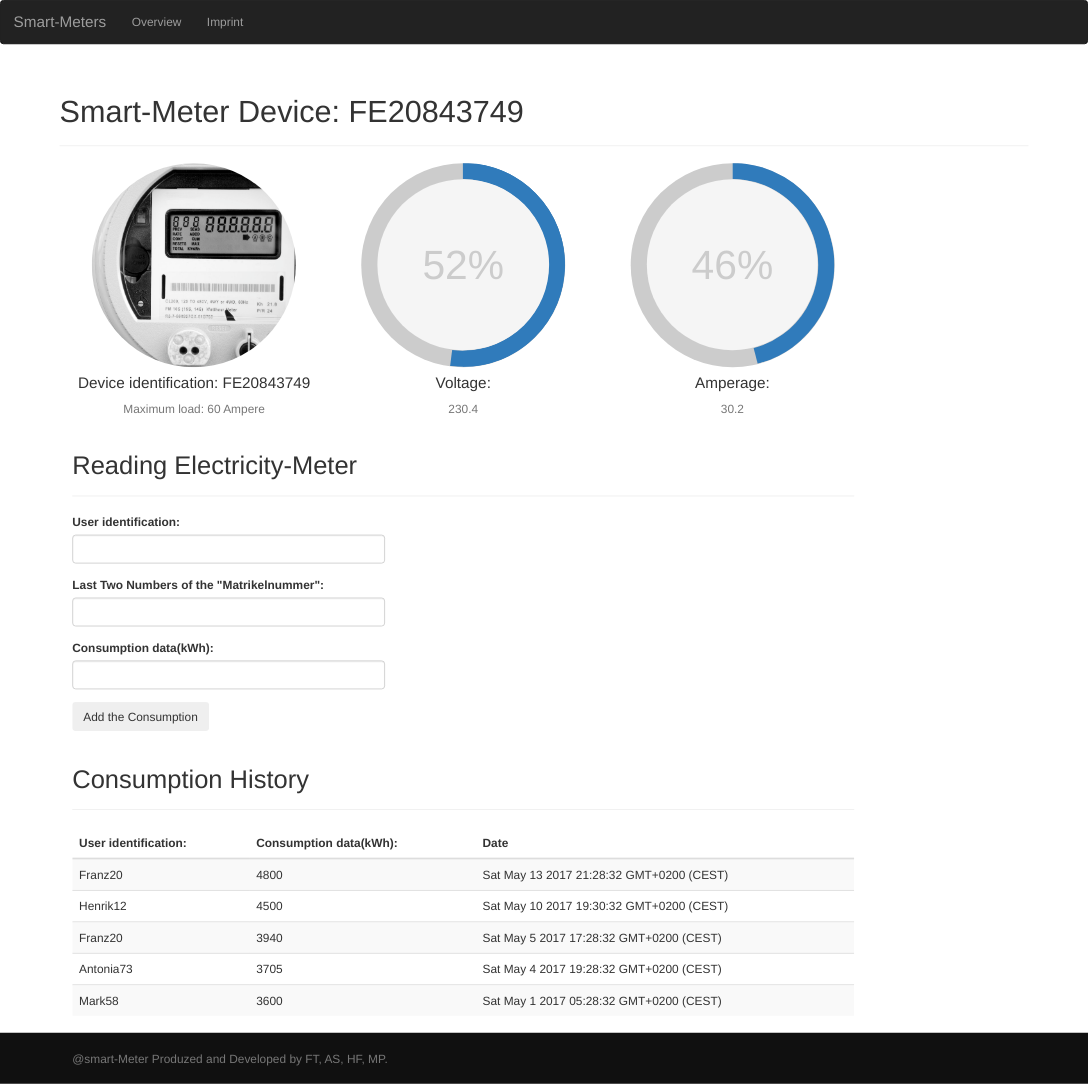
Repository: FredTacker/AwsSys_Assigment_02
Page: http://localhost/SmartMeterManagementWeb/content/pages/smart-meter.jsp
An editor plug-in stored every save of this project. The page is shown before and after the next save, followed by the edit.
The browser window is 1280 px wide. The pictures show the whole page, at 85% of full size.
The page is served by Tomcat 9. Nobody is signed in. The application's start-up code is not run. Other server files are loaded and not shown.

Above is the page before, as saved 2017-06-11 00:12:33.

### SmartMeterManagementWeb/WebContent/content/pages/smart-meter.jsp
<!DOCTYPE html>
<html lang="de">
    <head>
        <meta charset="utf-8">
        <meta http-equiv="X-UA-Compatible" content="IE=edge">
        <meta name="viewport" content="width=device-width, initial-scale=1">
        <title>smart-Meters</title>
        <!-- Bootstrap -->
        <link rel="stylesheet" href="../bootstrap/css/bootstrap.min.css">
        <!-- circle Bootstrap library -->
        <link rel="stylesheet" href="../css/circle.css">
        <!-- custom Bootstrap footer -->
        <link rel="stylesheet" href="../css/footer.css">
    </head>
    <script>

    </script>
    <body onload="javascript:fillValuesIntoHTML();">

        <nav class="navbar navbar-inverse">
            <div class="container-fluid">
                <div class="navbar-header">
                    <button type="button" class="navbar-toggle collapsed" data-toggle="collapse" data-target="#bs-example-navbar-collapse-1" aria-expanded="false">
                        <span class="sr-only">Toggle navigation</span>
                        <span class="icon-bar"></span>
                        <span class="icon-bar"></span>
                        <span class="icon-bar"></span>
                    </button>
                    <a class="navbar-brand" href="../index.html">Smart-Meters</a>
                </div>

                <div class="collapse navbar-collapse" id="bs-example-navbar-collapse-1">
                    <ul class="nav navbar-nav">
                        <li><a href="../index.html">Overview</a></li>
                        <li><a href="../content/imprint.html">Imprint</a></li>
                    </ul>


                </div>
            </div>
        </nav>


        <div class="container">
            <div class="page-header"><h1>Smart-Meter Device: FE20843749</h1></div>
            <main class="col-sm-9 offset-md-3 col-md-10 offset-md-2 pt-3">
                <section class="row text-center placeholders">
                    <div class="col-sm-4">
                        <div><img style="border-radius: 50%;width: 240px;height: 240px;"src="../media/smartmeter.png" alt="smart-Meter Avatar"/></div>
                        <h4>Device identification: FE20843749</h4>
                        <div class="text-muted" id="maximumLoad">Maximum load: 60 Ampere</div>
                    </div>
                    <div class="col-sm-4">
                        <div name="circle1" style="display: table;margin: 0 auto;">
                            <div class="c100 p23 big" style="display: table;margin: 0 auto;" id="voltageCircle">
                                <span id="voltageCirclePercent">23%</span>
                                <div class="slice">
                                    <div class="bar"></div>
                                    <div class="fill"></div>
                                </div>
                            </div>
                        </div>
                        <h4>Voltage:</h4>
                        <div class="text-muted" id="voltageValue"></div>
                    </div>
                    <div class="col-sm-4">
                        <div name="circle2" style="display: table;margin: 0 auto;">
                            <div class="c100 p23 big" style="display: table;margin: 0 auto;" id="amperageCircle">
                                <span id="amperageCirclePercent">23%</span>
                                <div class="slice">
                                    <div class="bar"></div>
                                    <div class="fill"></div>
                                </div>
                            </div>
                        </div>
                        <h4>Amperage:</h4>
                        <div class="text-muted" id="amperageValue"></div>
                    </div>
                </section>
                <div id="insertWarning"></div>
                <div class="page-header"> <h2>Reading Electricity-Meter</h2></div>
                <div class="form-group">
                    <label for="usr">User identification:</label>
                    <input type="text" style="width: 40%;" class="form-control" id="usr">
                </div>
                <div class="form-group">
                    <label for="matr">Last Two Numbers of the "Matrikelnummer":</label>
                    <input type="text" style="width: 40%;" class="form-control" id="matr">
                </div>
                <div class="form-group">
                    <label for="kWh">Consumption data(kWh):</label>
                    <input type="text" style="width: 40%;" class="form-control" id="kWh">
                </div>
                                <div class="form-group">
                        <button type="button" onclick="javascript:newValueIntoTable();" class="btn btn-secondary">Add the Consumption</button>
                </div>

                <div class="page-header"> <h2>Consumption History</h2></div>
                <div class="table-responsive">
                    <table id="tableData" class="table table-striped">
                        <thead>
                            <tr>
                                <th>User identification:</th>
                                <th>Consumption data(kWh):</th>
                                <th>Date</th>
                            </tr>
                        </thead>
                        <tbody>
                            <tr>
                                <td>Franz20</td>
                                <td>4800</td>
                                <td>Sat May 13 2017 21:28:32 GMT+0200 (CEST)</td>
                            </tr>
                            <tr>
                                <td>Henrik12</td>
                                <td>4500</td>
                                <td>Sat May 10 2017 19:30:32 GMT+0200 (CEST)</td>
                            </tr>
                            <tr>
                                <td>Franz20</td>
                                <td>3940</td>
                                <td>Sat May 5 2017 17:28:32 GMT+0200 (CEST)</td>
                            </tr>
                            <tr>
                                <td>Antonia73</td>
                                <td>3705</td>
                                <td>Sat May 4 2017 19:28:32 GMT+0200 (CEST)</td>
                            </tr>
                            <tr>
                                <td>Mark58</td>
                                <td>3600</td>
                                <td>Sat May 1 2017 05:28:32 GMT+0200 (CEST)</td>
                            </tr>
                        </tbody>
                    </table>
                </div>
            </main>
        </div>



        <footer class="footer">
            <div class="container">
                <div class="container_footer">
                    <p class="text-muted_footer">@smart-Meter Produzed and Developed by FT, AS, HF, MP.</p>
                </div>
            </div>
        </footer>

		<%@ include file="./../includes/script.jsp" %>

    </body>
</html>

### SmartMeterManagementWeb/WebContent/content/includes/script.jsp
    <script src="./../../js/script.js"></script>
    <script src="./../../bootstrap/js/jquery.min.js"></script>
    <script src="./../../bootstrap/js/bootstrap.min.js"></script>

### SmartMeterManagementWeb/WebContent/css/footer.css
/*!
 * Bootstrap footer

*/


html {
  position: relative;
  min-height: 100%;
}
body {
  /* Margin bottom by footer height */
  margin-bottom: 60px;
}
.footer {
  position: absolute;
  bottom: 0;
  width: 100%;
  /* Set the fixed height of the footer here */
  height: 60px;
  background-color: #101010;
}

.container_footer {
  width: auto;
  max-width: 1000px;
  padding: 0 15px;
}
.text-muted_footer {
  margin: 20px 0;
  color: #777;
}

### SmartMeterManagementWeb/WebContent/content/includes/footer.jsp
        <footer class="footer">
            <div class="container">
                <div class="container_footer">
                    <p class="text-muted_footer">@smart-Meter Produzed and Developed by
                    FT, AS, HF, MP.</p>
                </div>
            </div>
        </footer>

Loaded but not shown: SmartMeterManagementWeb/WebContent/bootstrap/js/jquery.min.js (library); SmartMeterManagementWeb/WebContent/bootstrap/js/bootstrap.min.js (library); SmartMeterManagementWeb/WebContent/bootstrap/css/bootstrap.min.css (library); SmartMeterManagementWeb/WebContent/js/script.js (84 lines, source omitted); SmartMeterManagementWeb/WebContent/css/circle.css (1065 lines, source omitted)

After the next save:
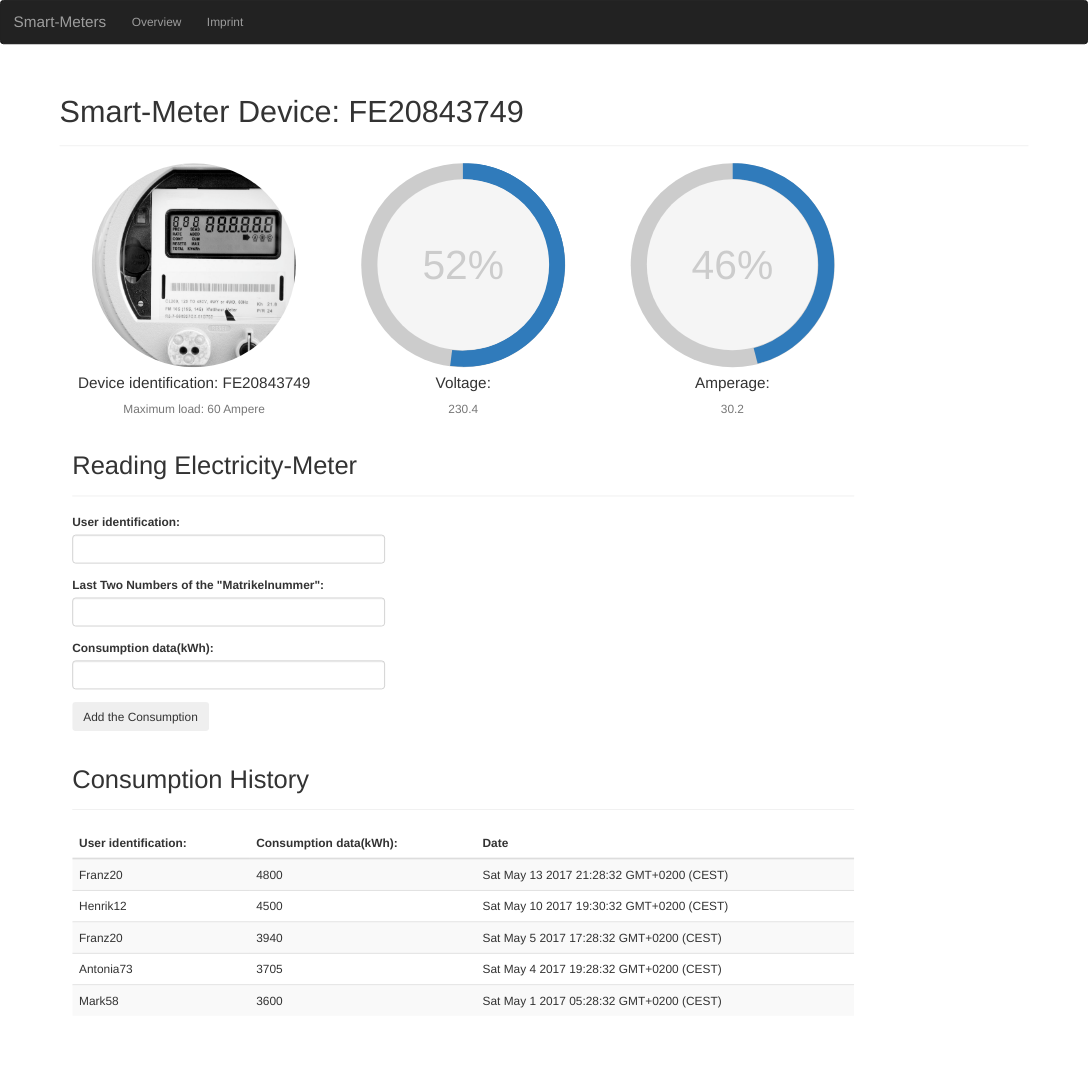
Saved 23 s later.
--- a/SmartMeterManagementWeb/WebContent/content/pages/smart-meter.jsp
+++ b/SmartMeterManagementWeb/WebContent/content/pages/smart-meter.jsp
@@ -137,15 +137,7 @@
             </main>
         </div>
 
-
-
-        <footer class="footer">
-            <div class="container">
-                <div class="container_footer">
-                    <p class="text-muted_footer">@smart-Meter Produzed and Developed by FT, AS, HF, MP.</p>
-                </div>
-            </div>
-        </footer>
+		<%@ include file="./../includes/script.jsp" %>
 
 		<%@ include file="./../includes/script.jsp" %>
 

After the save that followed:
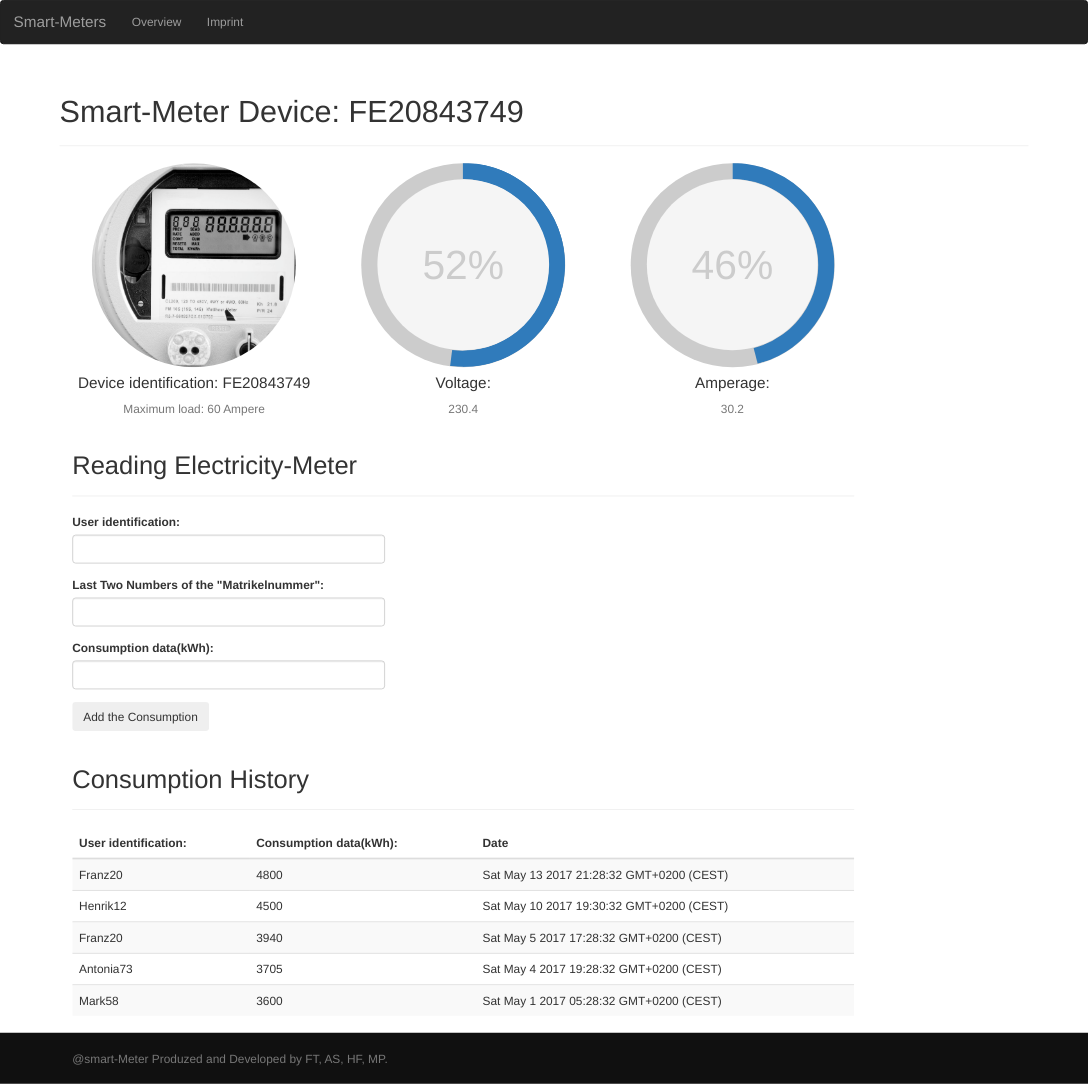
Saved 4 s later.
--- a/SmartMeterManagementWeb/WebContent/content/pages/smart-meter.jsp
+++ b/SmartMeterManagementWeb/WebContent/content/pages/smart-meter.jsp
@@ -137,7 +137,7 @@
             </main>
         </div>
 
-		<%@ include file="./../includes/script.jsp" %>
+		<%@ include file="./../includes/footer.jsp" %>
 
 		<%@ include file="./../includes/script.jsp" %>
 
